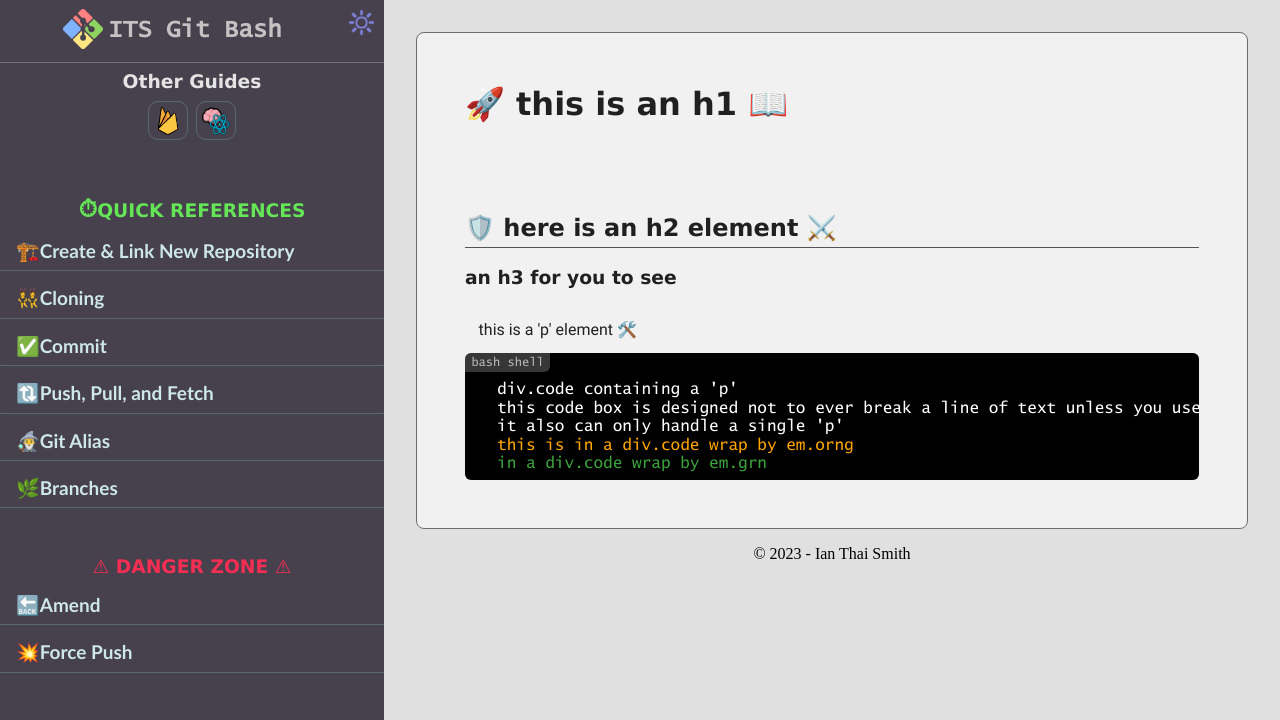
Repository: whyDoILoveThis/project__ITS_Git_Bash
Page: html/easy-amend.html
The author's editor kept a copy of each file at every save. The page is drawn from the files as they stood at one save, then again after the next save.
The browser window is 1280 px wide. The pictures show the whole page.

Above is the page before, as saved 2025-07-05 12:05:23.

After the next save:
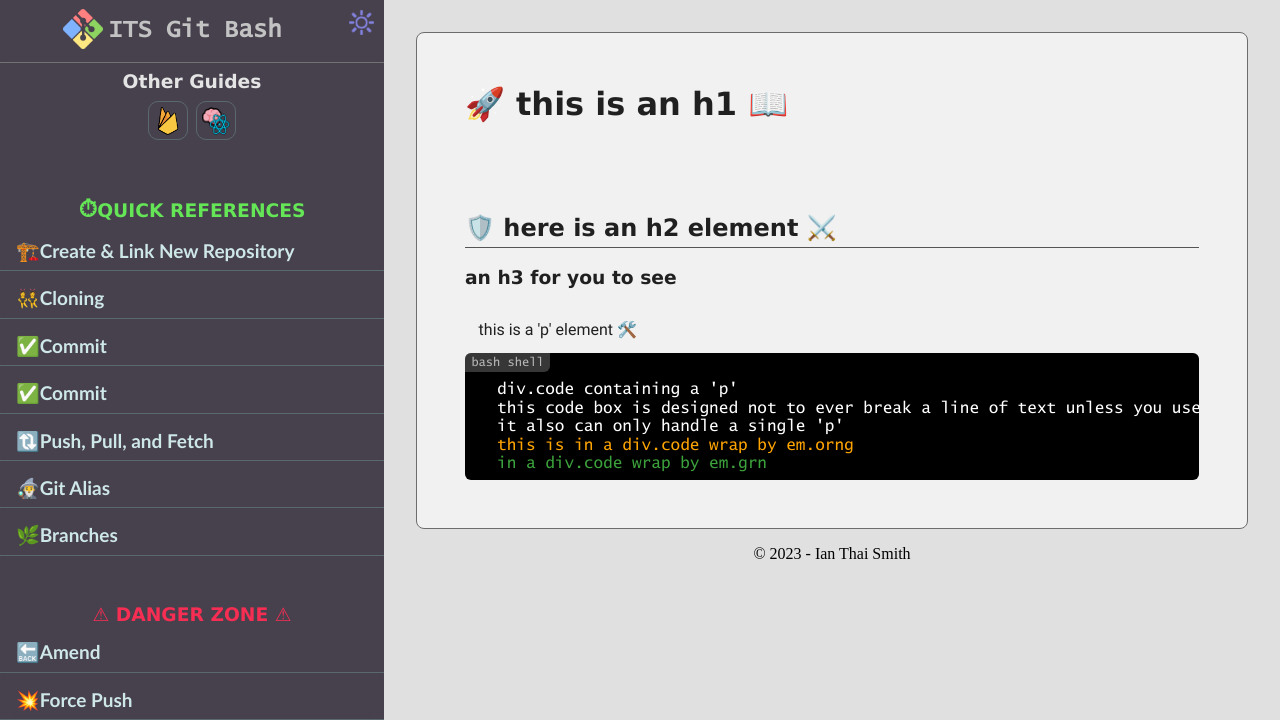
Saved 42 min 36 s later.
--- a/JS/dynamic-nav.js
+++ b/JS/dynamic-nav.js
@@ -189,6 +189,14 @@ linkItem2.appendChild(linkCloning);
 // Append the list item to the links list
 linkList.appendChild(linkItem2);
 
+const linkItem3v1 = document.createElement("li");
+linkItem3v1.classList.add("link");
+const linkEasyAmend = document.createElement("a");
+linkEasyAmend.href = "/html/commit.html";
+linkEasyAmend.innerText = "✅Commit";
+linkItem3v1.appendChild(linkEasyAmend);
+linkList.appendChild(linkItem3v1);
+
 const linkItem3 = document.createElement("li");
 linkItem3.classList.add("link");
 const linkCommit = document.createElement("a");
